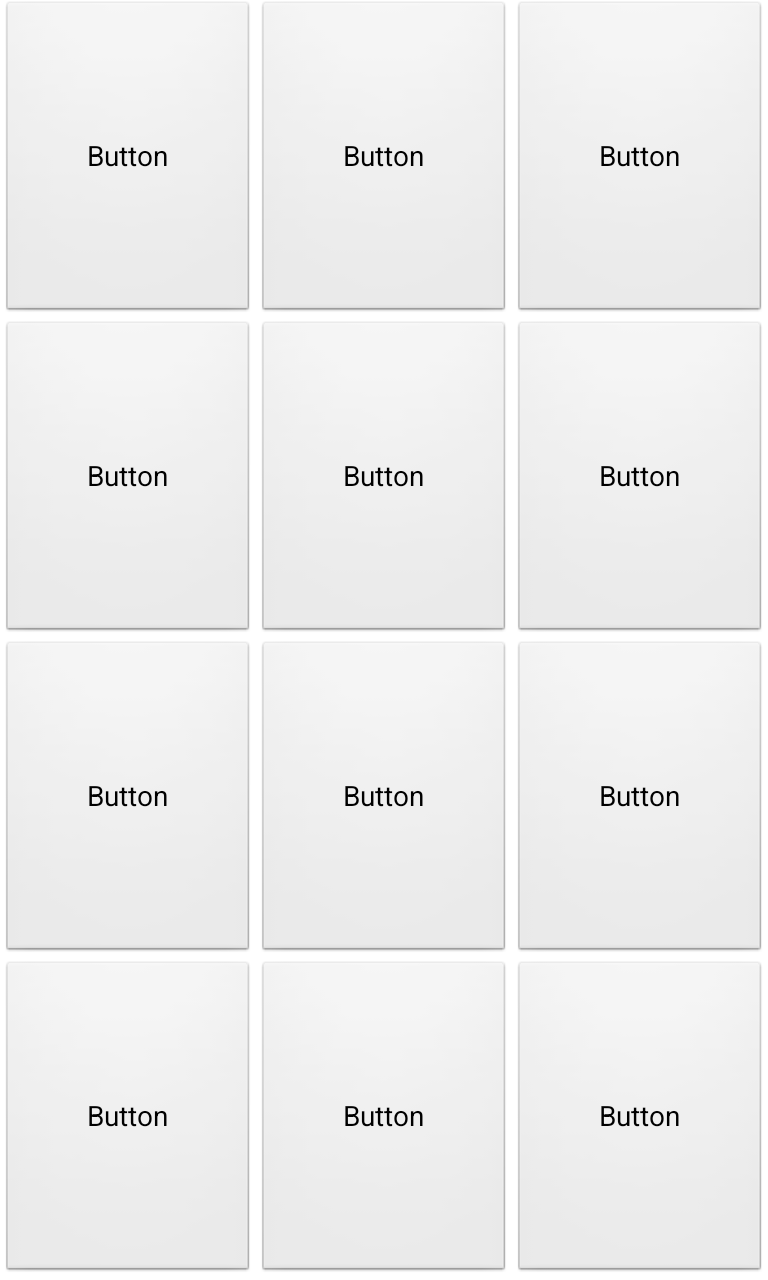
Repository: ApplucoJason/AndroidTest
Layout: MyFirstApp/res/layout/second.xml
An editor plug-in stored every save of this project. The layout is shown before and after the next save, followed by the edit.
It is drawn on a 768 x 1280 px phone screen (xhdpi) without system bars, with theme AppTheme; the app's code is not run.

Above is the layout before, as saved 2013-09-04 12:17:26.

### MyFirstApp/res/layout/second.xml
<?xml version="1.0" encoding="utf-8"?>
<LinearLayout xmlns:android="http://schemas.android.com/apk/res/android"
    android:layout_width="match_parent"
    android:layout_height="match_parent"
    android:orientation="vertical" >

    <LinearLayout
        android:layout_weight="1"
        android:layout_width="match_parent"
        android:layout_height="wrap_content" >

        <Button
            android:id="@+id/button1"
            android:layout_width="wrap_content"
            android:layout_height="match_parent"
            android:layout_weight="1"
            android:text="Button" />

        <Button
            android:id="@+id/button5"
            android:layout_width="wrap_content"
            android:layout_height="fill_parent"
            android:layout_weight="1"
            android:text="Button" />

        <Button
            android:id="@+id/button9"
            android:layout_width="wrap_content"
            android:layout_height="fill_parent"
            android:layout_weight="1"
            android:text="Button" />

    </LinearLayout>

    <LinearLayout
        android:layout_weight="1"
        android:layout_width="match_parent"
        android:layout_height="wrap_content" >

        <Button
            android:id="@+id/button2"
            android:layout_width="wrap_content"
            android:layout_height="fill_parent"
            android:layout_weight="1"
            android:text="Button" />

        <Button
            android:id="@+id/button6"
            android:layout_width="wrap_content"
            android:layout_height="match_parent"
            android:layout_weight="1"
            android:text="Button" />

        <Button
            android:id="@+id/button10"
            android:layout_width="wrap_content"
            android:layout_height="fill_parent"
            android:layout_weight="1"
            android:text="Button" />

    </LinearLayout>

    <LinearLayout
        android:layout_weight="1"
        android:layout_width="match_parent"
        android:layout_height="wrap_content" >

        <Button
            android:id="@+id/button3"
            android:layout_width="wrap_content"
            android:layout_height="fill_parent"
            android:layout_weight="1"
            android:text="Button" />

        <Button
            android:id="@+id/button7"
            android:layout_width="wrap_content"
            android:layout_height="fill_parent"
            android:layout_weight="1"
            android:text="Button" />

        <Button
            android:id="@+id/button11"
            android:layout_width="wrap_content"
            android:layout_height="fill_parent"
            android:layout_weight="1"
            android:text="Button" />

    </LinearLayout>

    <LinearLayout
        android:layout_weight="1"
        android:layout_width="match_parent"
        android:layout_height="wrap_content" >

        <Button
            android:id="@+id/button4"
            android:layout_width="wrap_content"
            android:layout_height="fill_parent"
            android:layout_weight="1"
            android:text="Button" />

        <Button
            android:id="@+id/button8"
            android:layout_width="wrap_content"
            android:layout_height="fill_parent"
            android:layout_weight="1"
            android:text="Button" />

        <Button
            android:id="@+id/button12"
            android:layout_width="wrap_content"
            android:layout_height="match_parent"
            android:layout_weight="1"
            android:text="Button" />

    </LinearLayout>

</LinearLayout>

Loaded but not shown: MyFirstApp/res/values/styles.xml (common file)

After the next save:
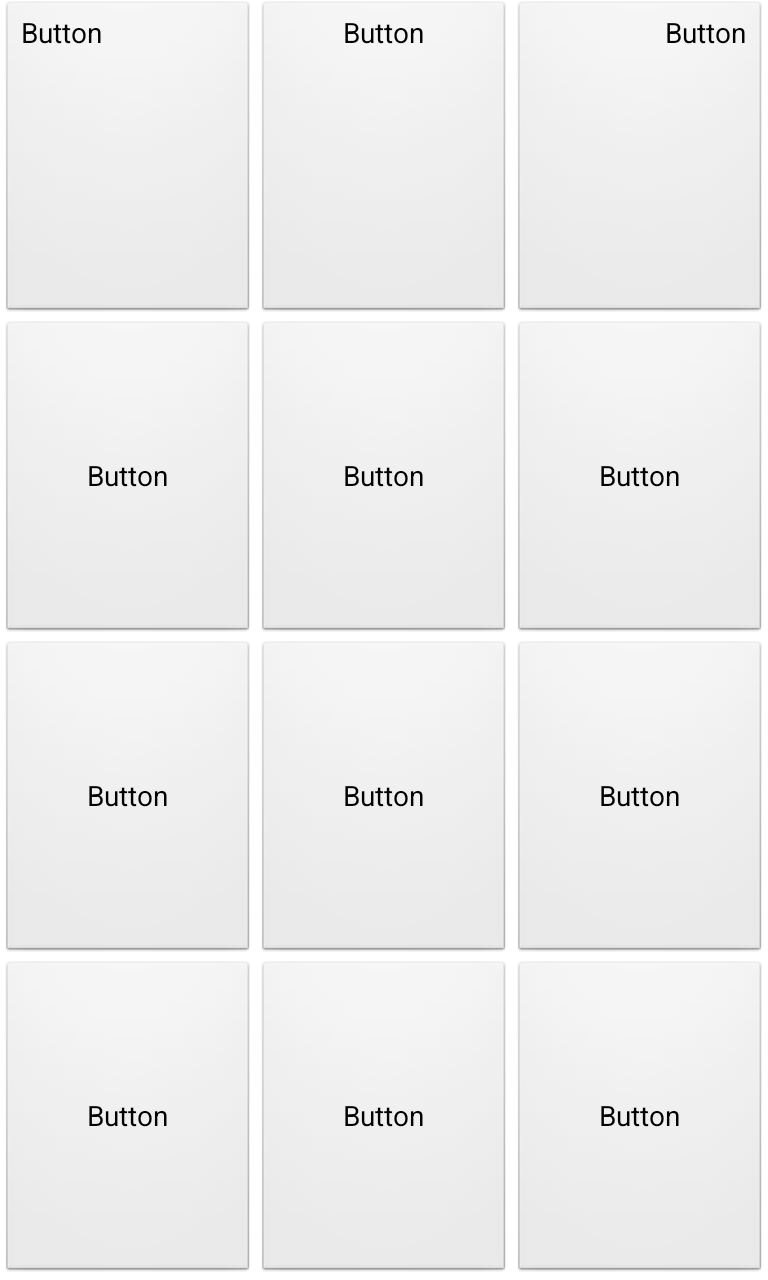
Saved 4 min 49 s later.
--- a/MyFirstApp/res/layout/second.xml
+++ b/MyFirstApp/res/layout/second.xml
@@ -5,15 +5,16 @@
     android:orientation="vertical" >
 
     <LinearLayout
-        android:layout_weight="1"
         android:layout_width="match_parent"
-        android:layout_height="wrap_content" >
+        android:layout_height="wrap_content"
+        android:layout_weight="1" >
 
         <Button
             android:id="@+id/button1"
             android:layout_width="wrap_content"
             android:layout_height="match_parent"
             android:layout_weight="1"
+            android:gravity="left|top"
             android:text="Button" />
 
         <Button
@@ -21,6 +22,7 @@
             android:layout_width="wrap_content"
             android:layout_height="fill_parent"
             android:layout_weight="1"
+            android:gravity="center|top"
             android:text="Button" />
 
         <Button
@@ -28,14 +30,14 @@
             android:layout_width="wrap_content"
             android:layout_height="fill_parent"
             android:layout_weight="1"
+            android:gravity="right|top"
             android:text="Button" />
-
     </LinearLayout>
 
     <LinearLayout
-        android:layout_weight="1"
         android:layout_width="match_parent"
-        android:layout_height="wrap_content" >
+        android:layout_height="wrap_content"
+        android:layout_weight="1" >
 
         <Button
             android:id="@+id/button2"
@@ -57,13 +59,12 @@
             android:layout_height="fill_parent"
             android:layout_weight="1"
             android:text="Button" />
-
     </LinearLayout>
 
     <LinearLayout
-        android:layout_weight="1"
         android:layout_width="match_parent"
-        android:layout_height="wrap_content" >
+        android:layout_height="wrap_content"
+        android:layout_weight="1" >
 
         <Button
             android:id="@+id/button3"
@@ -85,13 +86,12 @@
             android:layout_height="fill_parent"
             android:layout_weight="1"
             android:text="Button" />
-
     </LinearLayout>
 
     <LinearLayout
-        android:layout_weight="1"
         android:layout_width="match_parent"
-        android:layout_height="wrap_content" >
+        android:layout_height="wrap_content"
+        android:layout_weight="1" >
 
         <Button
             android:id="@+id/button4"
@@ -113,7 +113,6 @@
             android:layout_height="match_parent"
             android:layout_weight="1"
             android:text="Button" />
-
     </LinearLayout>
 
 </LinearLayout>
